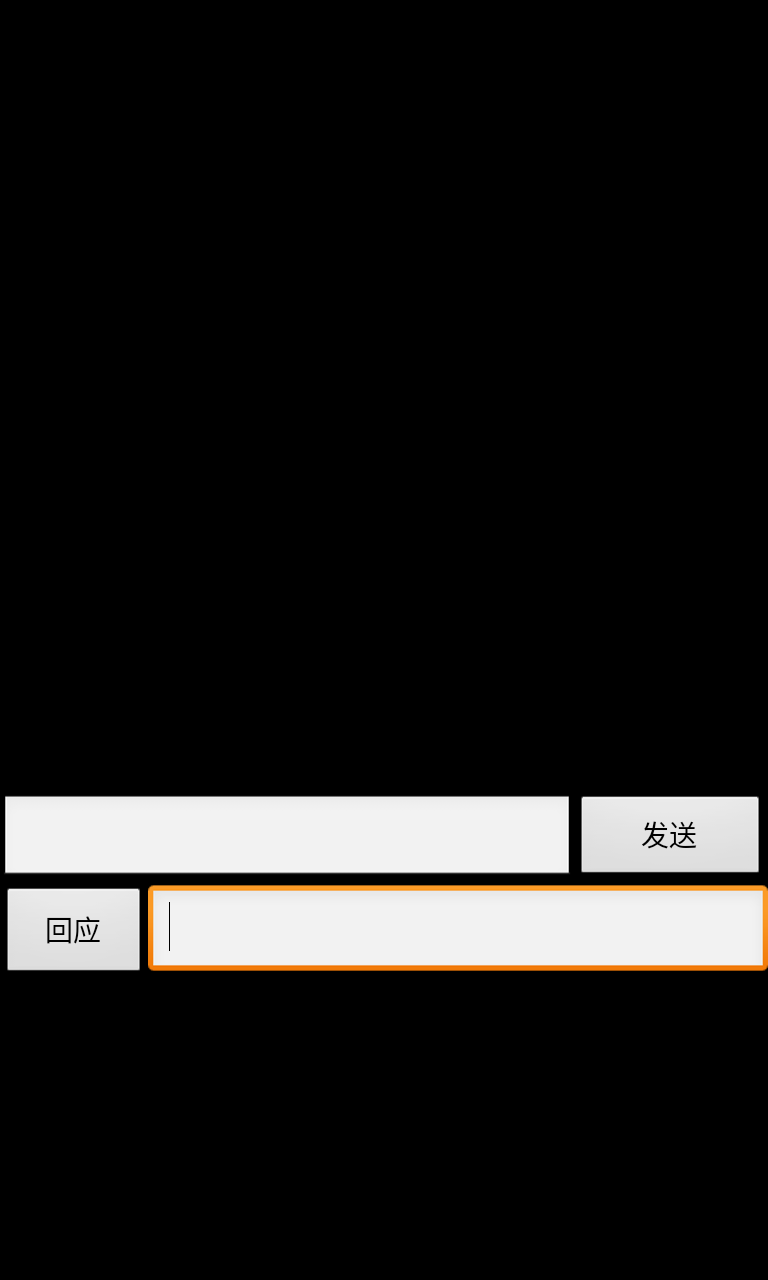
Repository: wobutianl/suntec_telli
Layout: ShowList/res/layout/main.xml
The author's editor kept a copy of each file at every save. The layout is drawn from the files as they stood at one save, then again after the next save.
It is drawn on a 768 x 1280 px phone screen (xhdpi) without system bars, with theme android:Theme; the app's code is not run. Lists and similar views that code fills are empty.

Above is the layout before, as saved 2014-09-09 03:22:51.

After the next save:
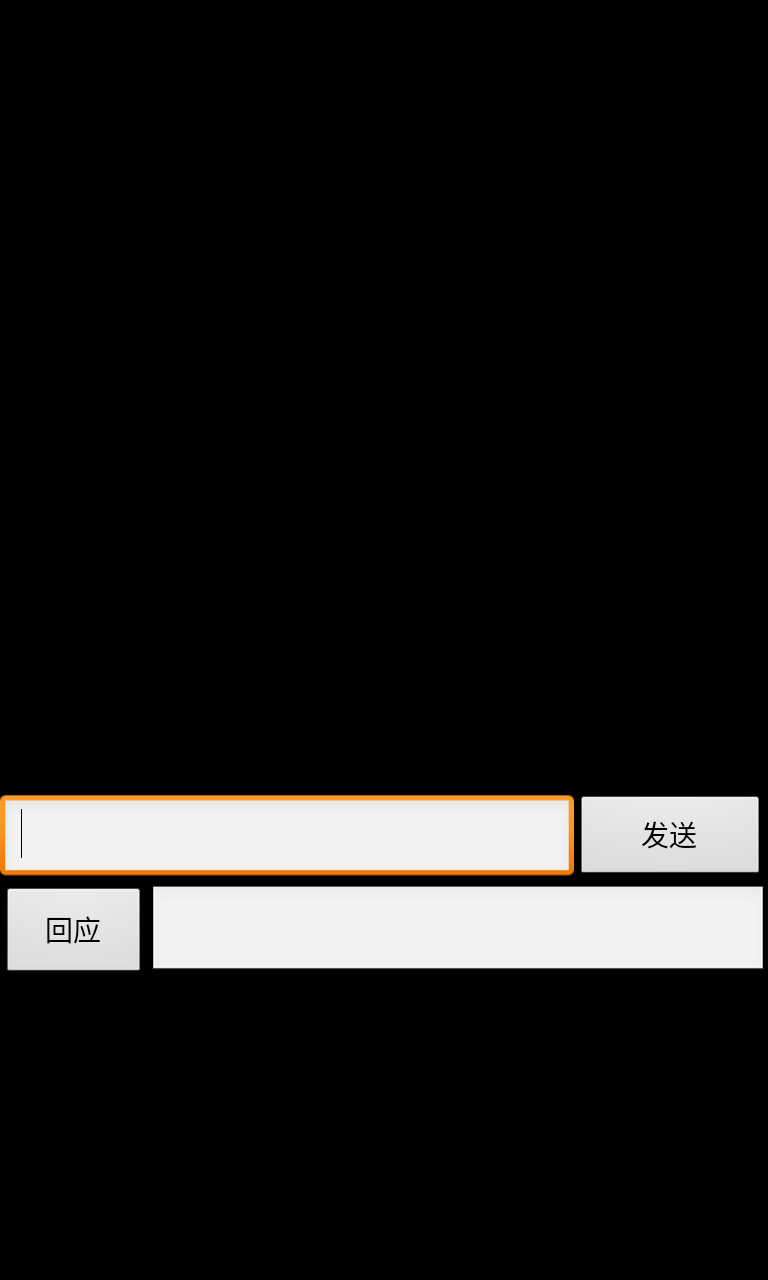
Saved 54 s later.
--- a/ShowList/res/layout/main.xml
+++ b/ShowList/res/layout/main.xml
@@ -56,7 +56,7 @@
 			android:layout_width="wrap_content"
 			android:id="@+id/resText"
 			android:layout_weight="0.95">
-			<requestFocus></requestFocus>
+
 			</EditText>
 	</LinearLayout>
 </LinearLayout>
